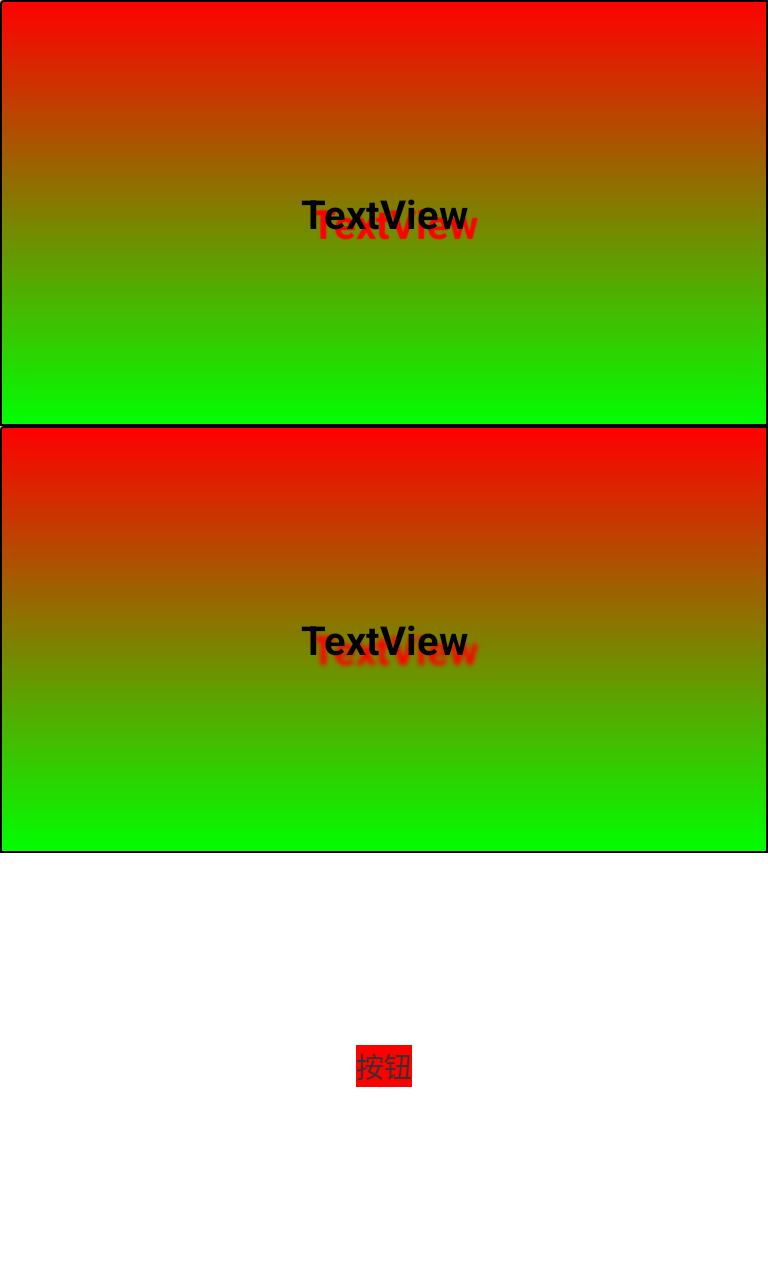
Repository: yhtaphp/yhtqgit
Layout: android/TextView/res/layout/activity_main.xml
The author's editor kept a copy of each file at every save. The layout is drawn from the files as they stood at one save, then again after the next save.
It is drawn on a 768 x 1280 px phone screen (xhdpi) without system bars, with theme AppTheme; the app's code is not run.

Above is the layout before, as saved 2016-09-11 13:47:23.

### android/TextView/res/layout/activity_main.xml
<LinearLayout xmlns:android="http://schemas.android.com/apk/res/android"
    xmlns:tools="http://schemas.android.com/tools"
    android:layout_width="match_parent"
    android:layout_height="match_parent"
    tools:context="${relativePackage}.${activityClass}"
    android:background="#ffdd33"
    android:orientation="vertical"
     >

    <TextView
        android:id="@+id/text1"
        android:layout_width="match_parent"
        android:layout_height="0dp"
        android:layout_weight="1"
        android:gravity="center"
        android:background="@drawable/teststyle"
        android:textColor="#000"
        android:shadowDx="10"
        android:shadowDy="10"
        android:shadowColor="#f00"
        android:shadowRadius="0.1"
        android:textStyle="bold"
        android:textSize="20sp"
        android:text="TextView" />
        <TextView
        android:layout_width="match_parent"
        android:layout_height="0dp"
        android:layout_weight="1"
        android:gravity="center"
        android:background="@drawable/teststyle"
        android:textColor="#000"
        android:shadowDx="10"
        android:shadowDy="10"
        android:shadowColor="#f00"
        android:shadowRadius="3.0"
        android:textStyle="bold"
        android:textSize="20sp"
        android:text="TextView" />
   <LinearLayout
       android:gravity="center"
       android:layout_weight="1"
       android:layout_width="match_parent"
       android:layout_height="0dp"
       android:orientation="vertical"
       android:background="#fff"
       >
       <TextView
            android:layout_width="wrap_content"
            android:layout_height="wrap_content"
            android:layout_gravity="center|bottom"
            android:background="#f00"
            android:text="按钮"/>
   </LinearLayout>
</LinearLayout>

### android/TextView/res/drawable-ldpi/teststyle.xml
<?xml version="1.0" encoding="utf-8"?>
<shape xmlns:android="http://schemas.android.com/apk/res/android" >
    <!-- 设置一个边框 -->
    <stroke android:width="2px" android:color="#000"/>

    <gradient
        android:angle="270"
        android:startColor="#f00"
        android:endColor="#0f0"/>

    <!-- 设置内边距 -->
    <padding
        android:left="5px"
        android:right="5px"
        android:top="5px"
        android:bottom="5px"
        />
    <corners android:topLeftRadius="3px"/>

</shape>

Loaded but not shown: android/TextView/res/values/styles.xml (common file); android/TextView/res/values-v11/styles.xml (common file); android/TextView/res/values-v14/styles.xml (common file)

After the next save:
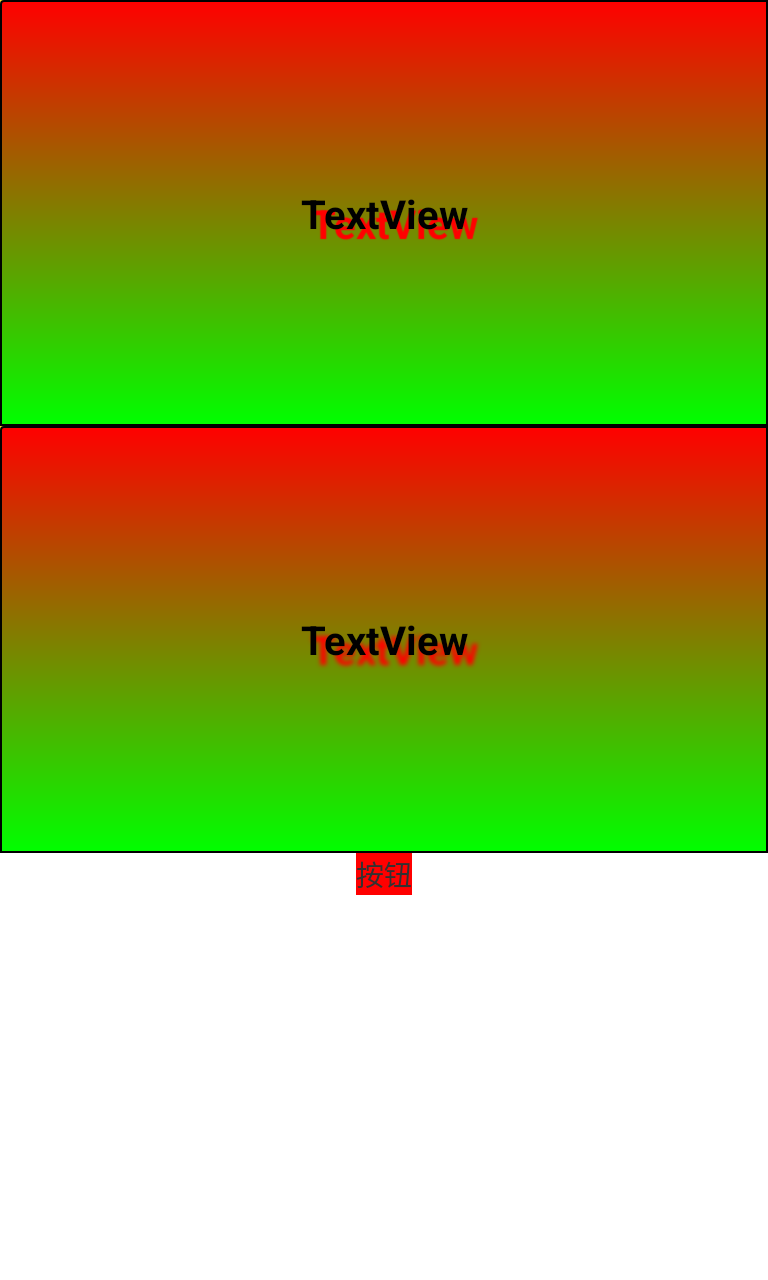
Saved 11 s later.
--- a/android/TextView/res/layout/activity_main.xml
+++ b/android/TextView/res/layout/activity_main.xml
@@ -37,7 +37,6 @@
         android:textSize="20sp"
         android:text="TextView" />
    <LinearLayout
-       android:gravity="center"
        android:layout_weight="1"
        android:layout_width="match_parent"
        android:layout_height="0dp"
